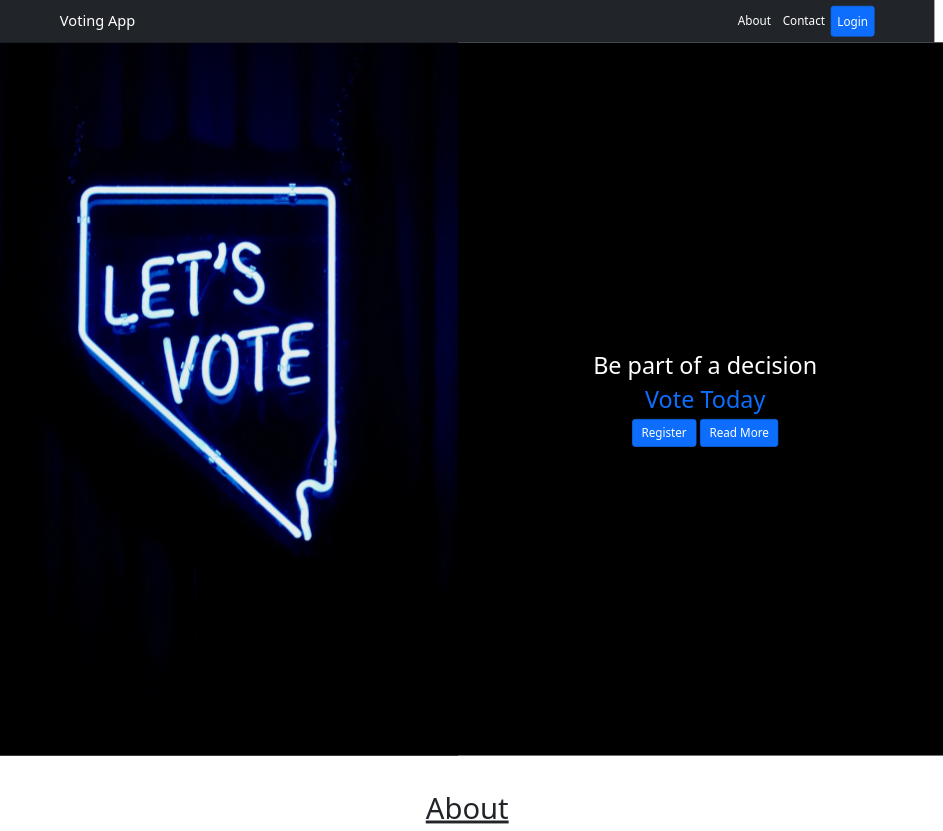
Repository: DavidManiIbrahim/Voting-app
Page: index.html
An editor plug-in stored every save of this project. The page is shown before and after the next save, followed by the edit.
The browser window is 1280 px wide. The page is 1292 px wide, so the pictures cover 1292 px, including what lies to the right of the window. The pictures show the whole page, at 73% of full size.

Above is the page before, as saved 2025-01-18 03:53:32.

After the next save:
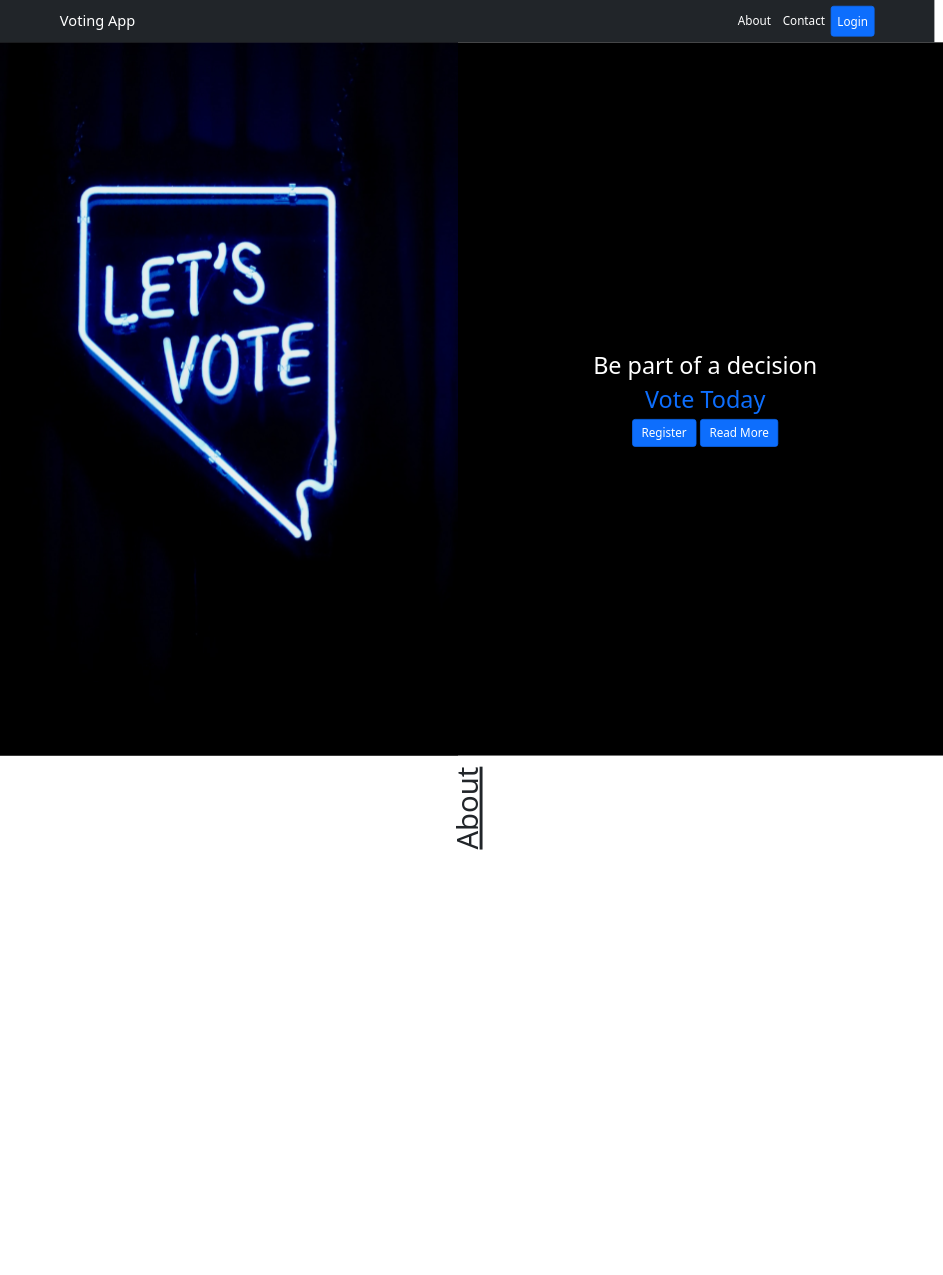
Saved 8 s later.
--- a/styles.css
+++ b/styles.css
@@ -9,5 +9,5 @@
 }
 
 .bdo{
-    rotate: deg;
+    rotate: 270deg;
 }
